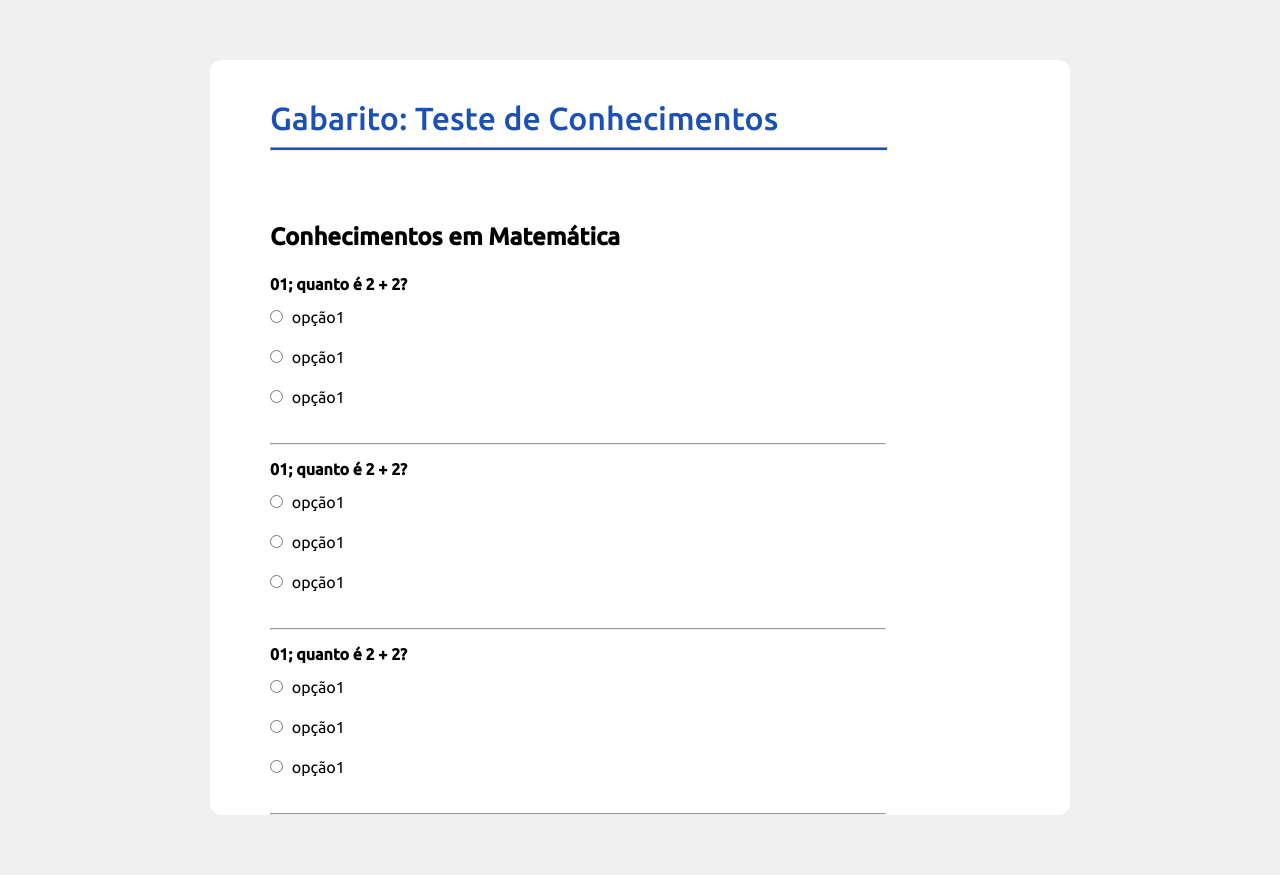
Repository: Delei09/desafioPerguntas
Page: / (app in frontend/)
An editor plug-in stored every save of this project. The page is shown before and after the next save, followed by the edit.
The browser window is 1280 px wide. The pictures show the whole page.
The project was rebuilt for these pictures with package versions that can differ from the ones it lists, and the page was loaded fresh each time.

Above is the page before, as saved 2021-08-18 09:55:52.

After the next save:
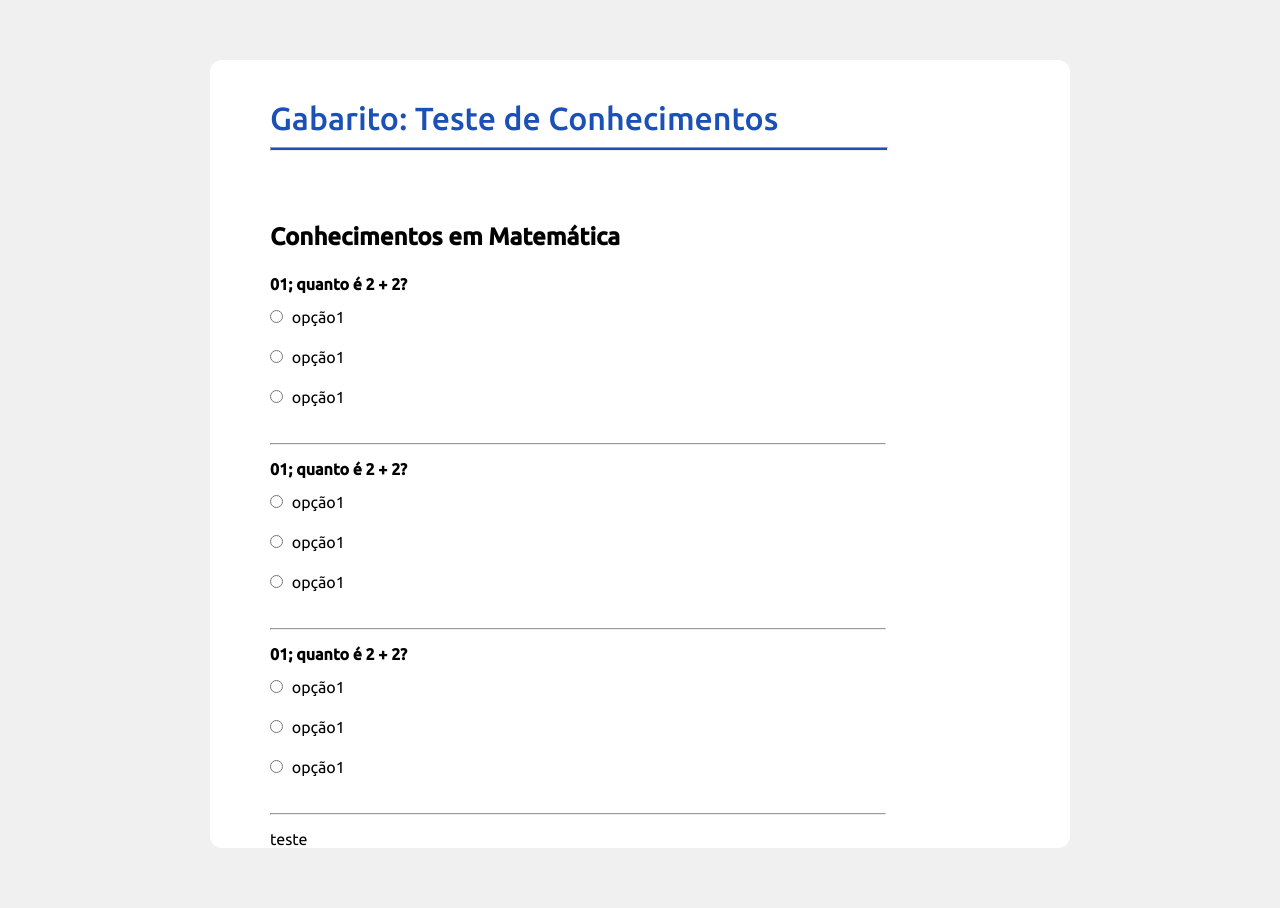
Saved 10 s later.
--- a/frontend/src/components/Main.tsx
+++ b/frontend/src/components/Main.tsx
@@ -15,6 +15,7 @@
        <h2>{props.titulo}</h2>
        <div>
           {props.children}
+          {Contexto}
        </div>
 
   </main>

After the save that followed:
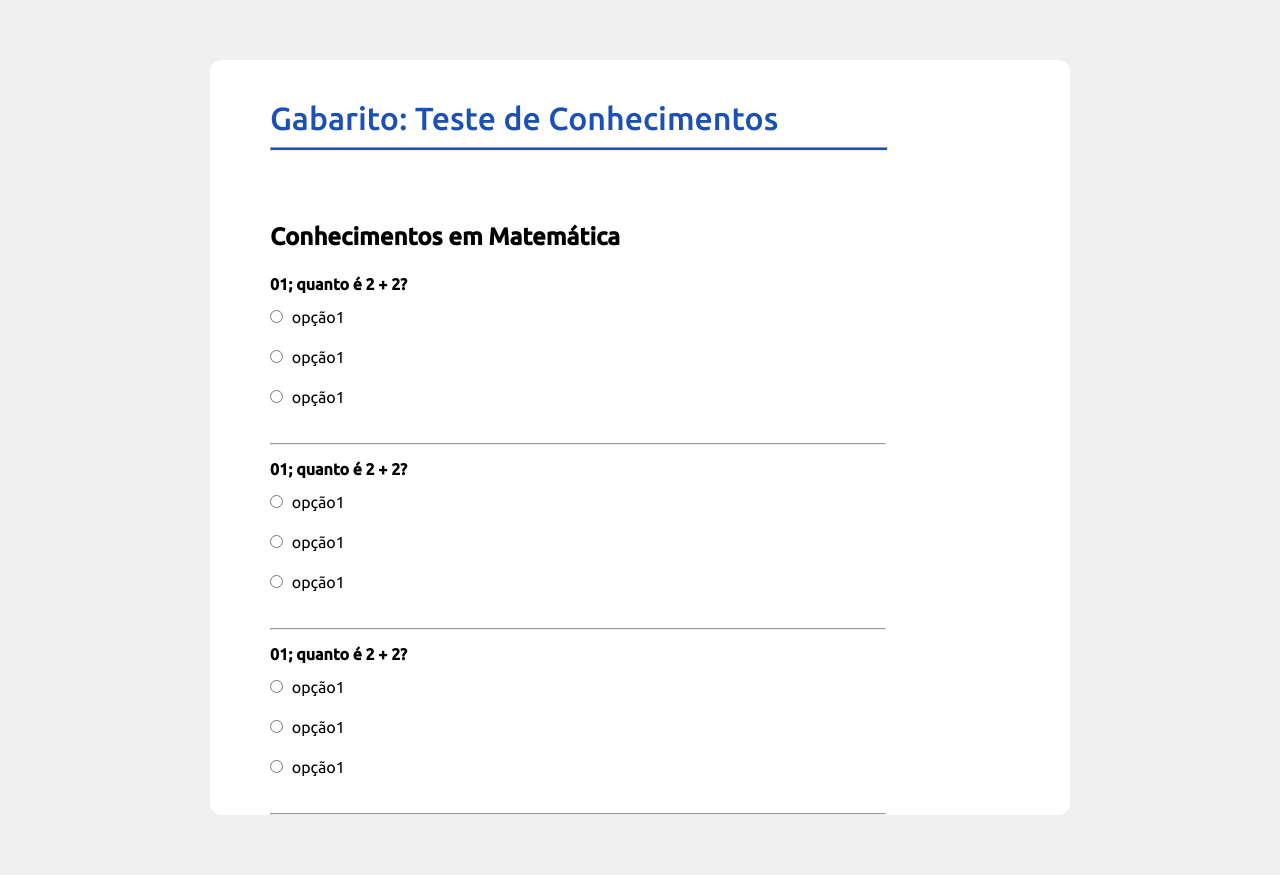
Saved 30 s later.
--- a/frontend/src/components/Main.tsx
+++ b/frontend/src/components/Main.tsx
@@ -15,7 +15,7 @@
        <h2>{props.titulo}</h2>
        <div>
           {props.children}
-          {Contexto}
+          {console.log(Contexto)}
        </div>
 
   </main>
